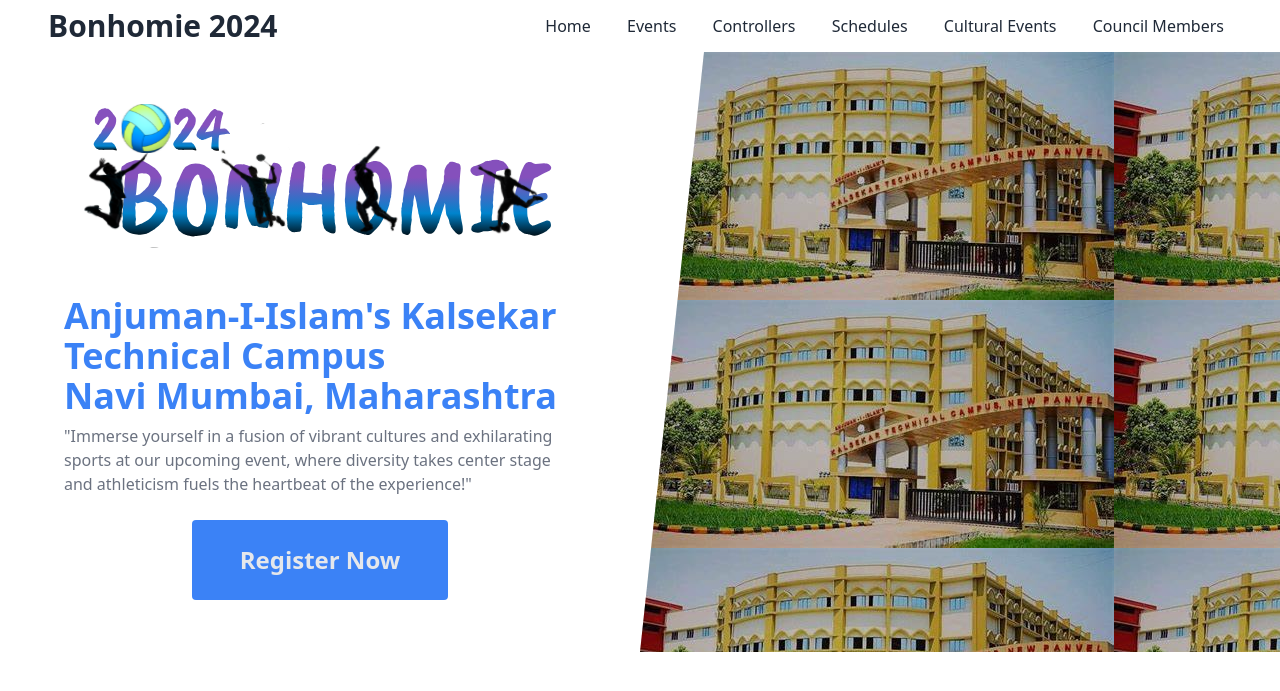
Repository: sshadulla22/Bonhomie2024
Page: Bonhomie 2024/index.html
An editor plug-in stored every save of this project. The page is shown before and after the next save, followed by the edit.
The browser window is 1280 px wide. The pictures show the whole page.
Some web libraries are served in a nearby version.

Above is the page before, as saved 2024-01-31 17:12:58.

After the next save:
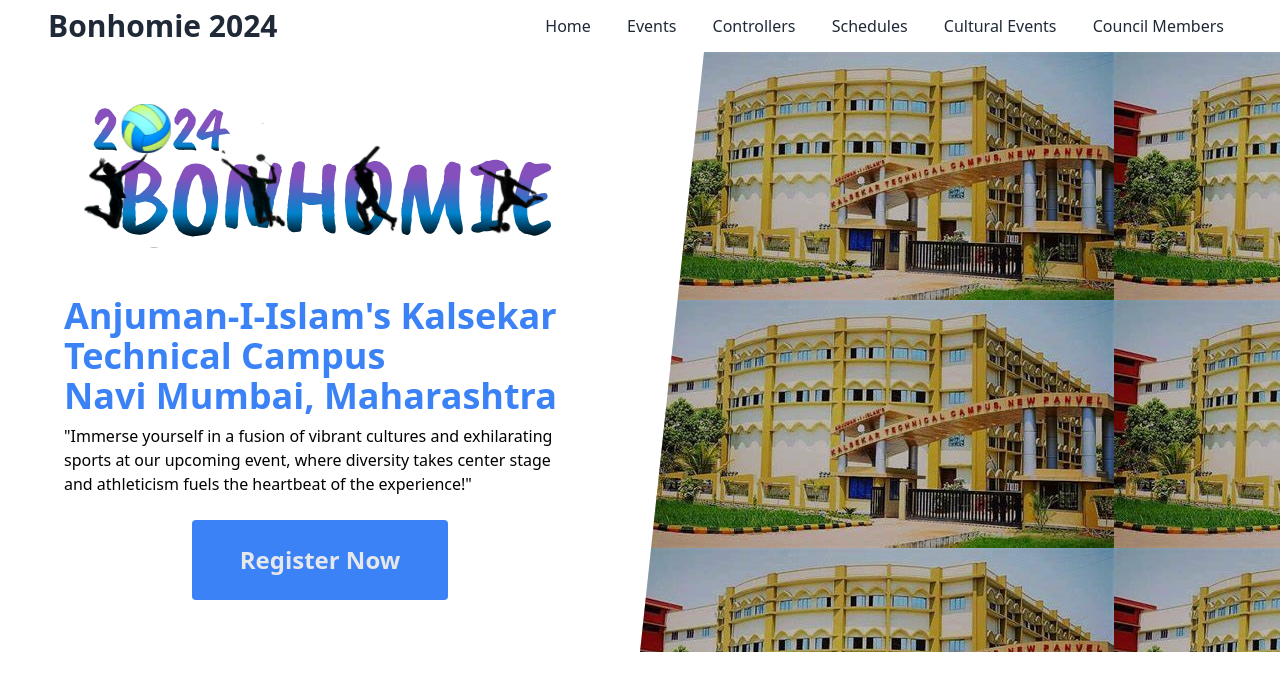
Saved 32 s later.
--- a/Bonhomie 2024/index.html
+++ b/Bonhomie 2024/index.html
@@ -40,7 +40,7 @@
                 <header class="flex-grow flex flex-col justify-center items-center px-4">
                     <h1 class="text-5xl font-bold text-white text-center mb-8"><img src="/images/Group 255 (1).svg" alt="Girl in a jacket" width="700px" height="1400px"></h1>
                 <h2 class="text-3xl font-semibold text-blue-500 md:text-4xl">Anjuman-I-Islam's Kalsekar Technical Campus <br> Navi Mumbai, Maharashtra </h2>
-                <p class="mt-2 text-3xl text-gray-500 md:text-base">"Immerse yourself in a fusion of vibrant cultures and exhilarating sports at our upcoming event, where diversity takes center stage and athleticism fuels the heartbeat of the experience!"</p>
+                <p class="mt-2 text-3xl text-black-500 md:text-base">"Immerse yourself in a fusion of vibrant cultures and exhilarating sports at our upcoming event, where diversity takes center stage and athleticism fuels the heartbeat of the experience!"</p>
                 <div class="flex justify-center lg:justify-start mt-6">
                     <a class="px-12 py-6 bg-blue-500 text-gray-200 text-2xl font-semibold rounded hover:bg-gray-800" href="#">Register Now</a>
 
